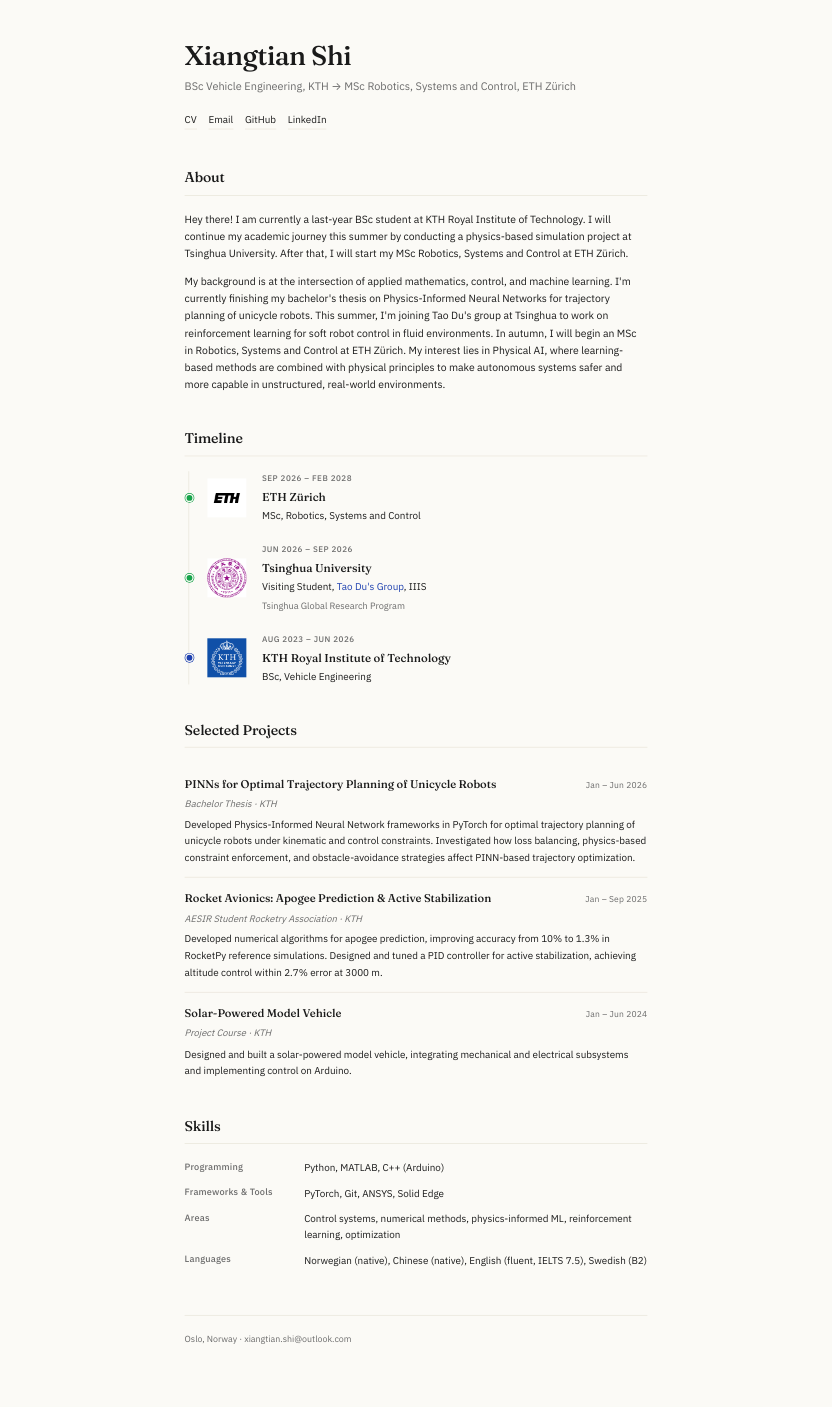
Repository: xitisch/xitisch.github.io
Page: index.html
An editor plug-in stored every save of this project. The page is shown before and after the next save, followed by the edit.
The browser window is 1280 px wide. The pictures show the whole page, at 65% of full size.

Above is the page before, as saved 2026-06-08 03:19:59.

After the next save:
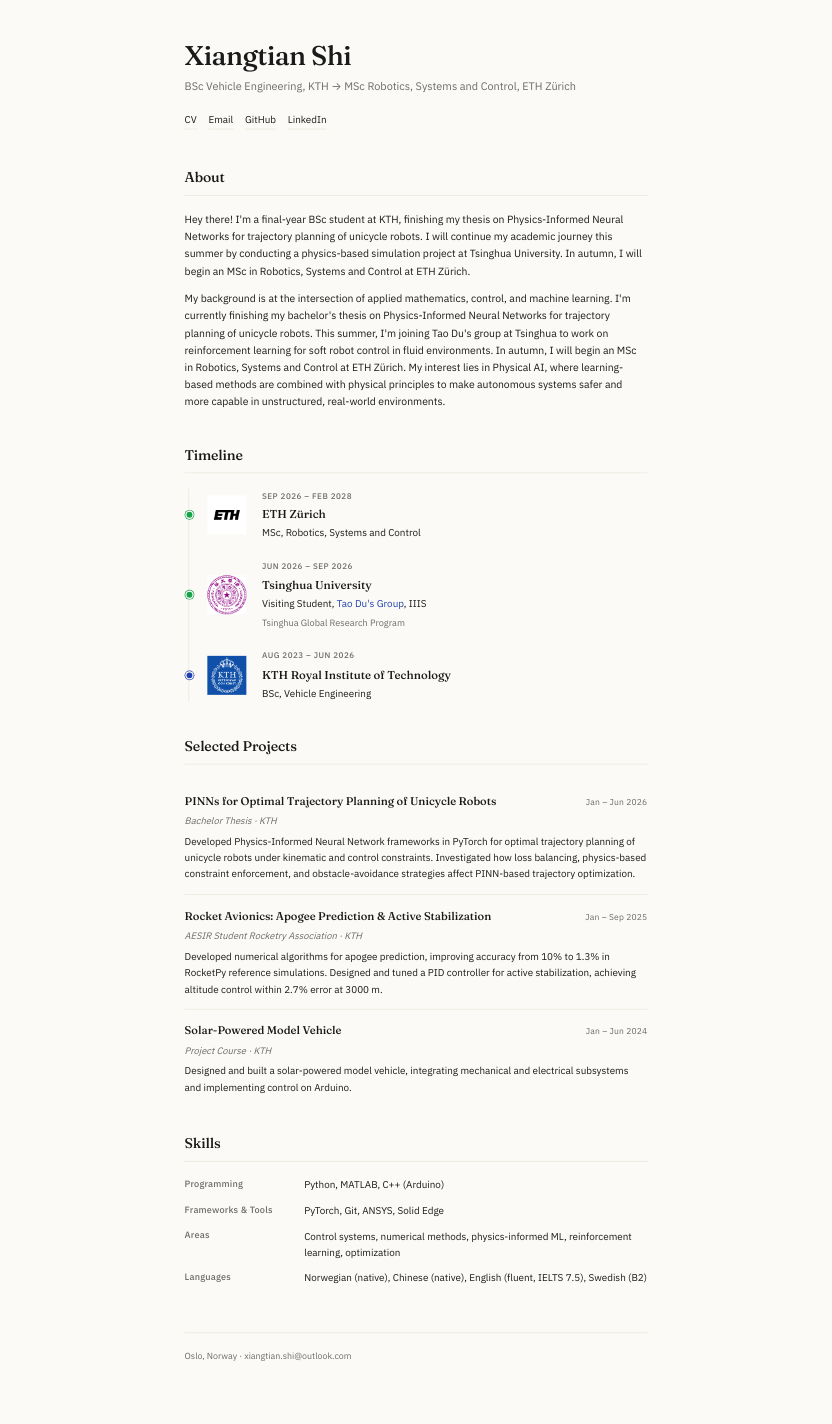
Saved 3 min 17 s later.
--- a/index.html
+++ b/index.html
@@ -23,7 +23,7 @@
     <section>
       <h2>About</h2>
       <p>
-      Hey there! I am currently a last-year BSc student at KTH Royal Institute of Technology. I will continue my academic journey this summer by conducting a physics-based simulation project at Tsinghua University. After that, I will start my MSc Robotics, Systems and Control at ETH Zürich.
+      Hey there! I'm a final-year BSc student at KTH, finishing my thesis on Physics-Informed Neural Networks for trajectory planning of unicycle robots. I will continue my academic journey this summer by conducting a physics-based simulation project at Tsinghua University. In autumn, I will begin an MSc in Robotics, Systems and Control at ETH Zürich.
       </p>
       <p>
       My background is at the intersection of applied mathematics, control, and machine learning. I'm currently finishing my bachelor's thesis on Physics-Informed Neural Networks for trajectory planning of unicycle robots. This summer, I'm joining Tao Du's group at Tsinghua to work on reinforcement learning for soft robot control in fluid environments. In autumn, I will begin an MSc in Robotics, Systems and Control at ETH Zürich. My interest lies in Physical AI, where learning-based methods are combined with physical principles to make autonomous systems safer and more capable in unstructured, real-world environments.
